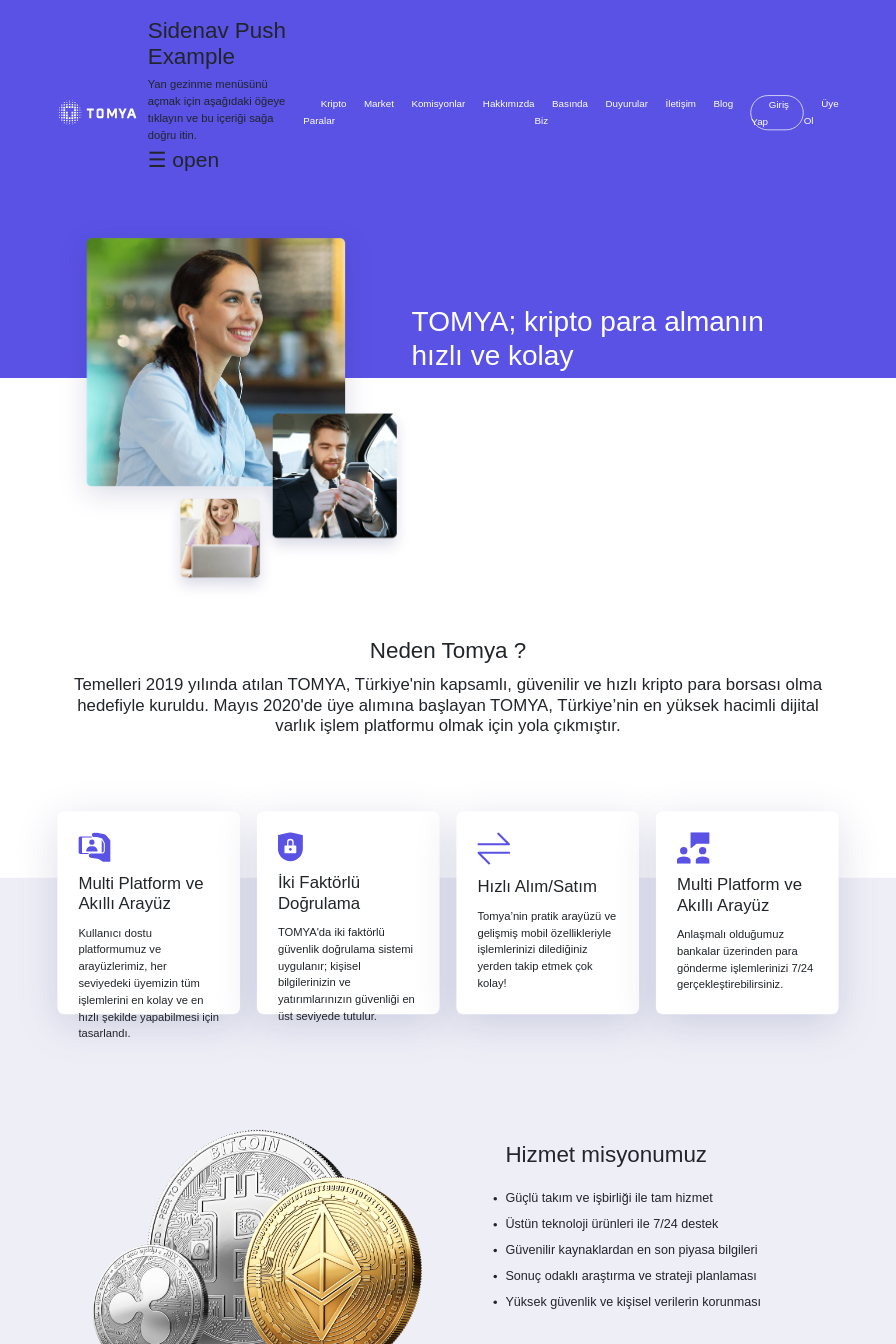
Repository: ezgibayrakli/TomyaProje
Page: index copy.html
The author's editor kept a copy of each file at every save. The page is drawn from the files as they stood at one save, then again after the next save.
The browser window is 1280 px wide. The pictures show the part of the page from y = 0 to 1920 px (the page is 5139 px tall), at 70% of full size.
Some web fonts or font styles are not loaded; a fallback is used.

Above is the page before, as saved 2023-07-06 16:08:06.

After the next save:
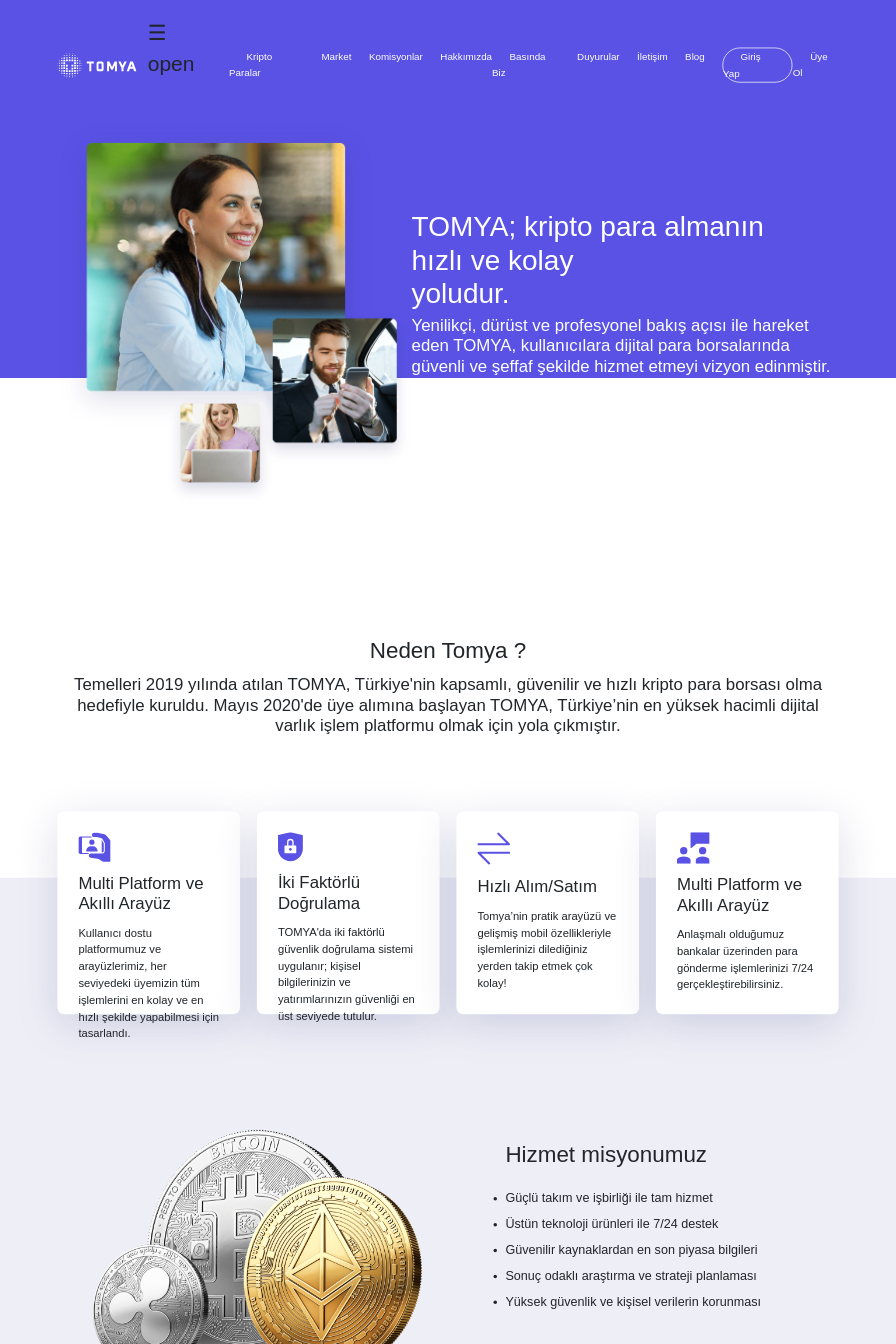
Saved 24 s later.
--- a/index copy.html
+++ b/index copy.html
@@ -33,9 +33,7 @@
                           </div>
 
                           <div id="main">
-                            <h2>Sidenav Push Example</h2>
-                            <p>Yan gezinme menüsünü açmak için aşağıdaki öğeye tıklayın
-                             ve bu içeriği sağa doğru itin.</p>
+
                             <span style="font-size:30px;cursor:pointer" onclick="openNav()">
 
                             &#9776; open</span>
